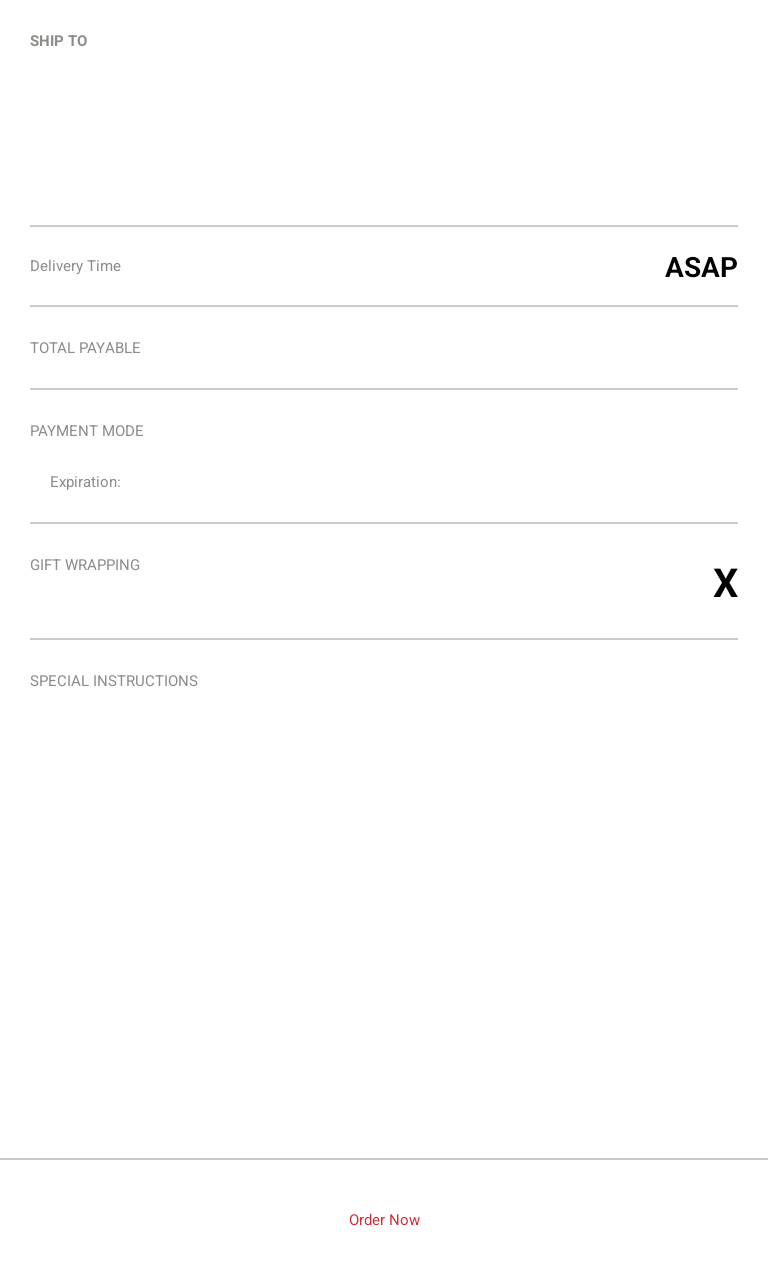
Repository: brijendratiwari/beerrightnow_Android-
Layout: BeerRightNow/res/layout/confirm_order.xml
The author's editor kept a copy of each file at every save. The layout is drawn from the files as they stood at one save, then again after the next save.
It is drawn on a 768 x 1280 px phone screen (xhdpi) without system bars, with theme Theme.Sherlock.Light; the app's code is not run.

Above is the layout before, as saved 2016-01-18 14:33:26.

After the next save:
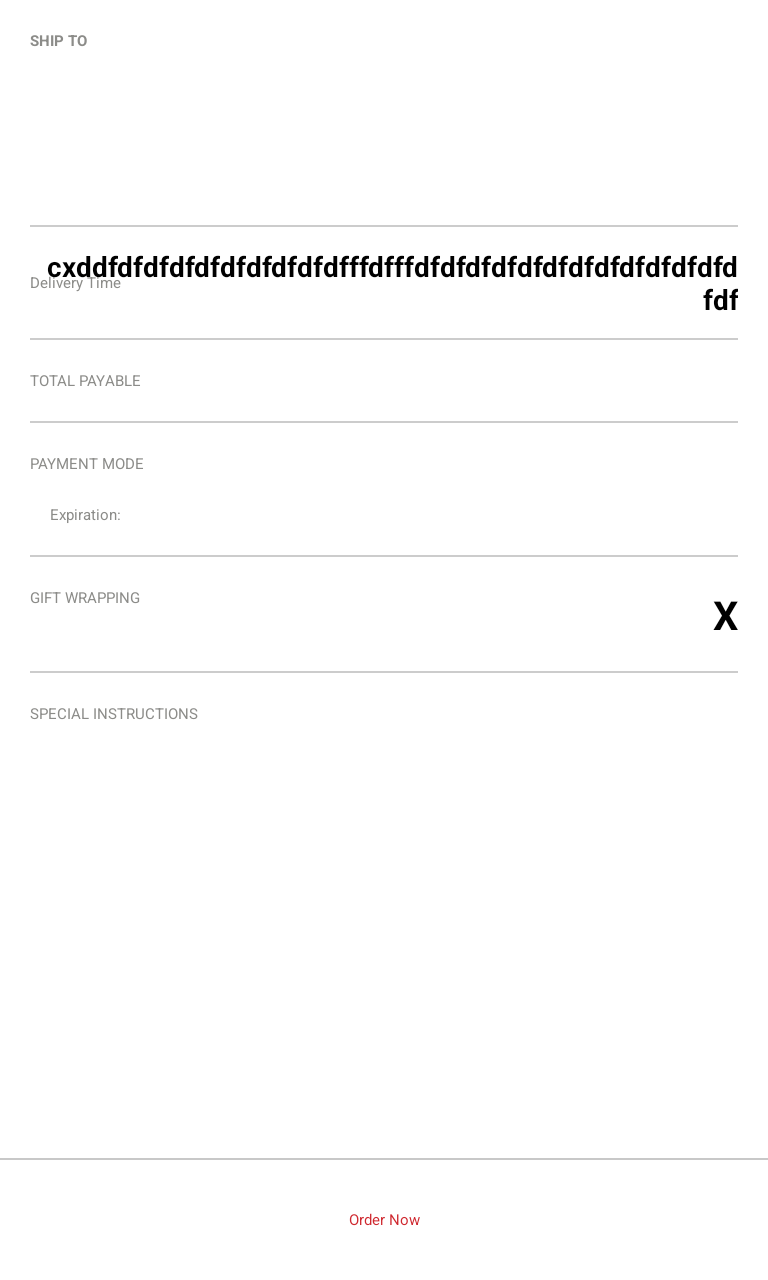
Saved 17 h 59 min later.
--- a/BeerRightNow/res/layout/confirm_order.xml
+++ b/BeerRightNow/res/layout/confirm_order.xml
@@ -99,7 +99,7 @@
                     android:layout_toRightOf="@+id/deliverytxt"
                    	android:maxLines="2"
                     android:paddingLeft="5dp"
-                    android:text="ASAP"
+                    android:text="cxddfdfdfdfdfdfdfdfdfdfffdfffdfdfdfdfdfdfdfdfdfdfdfdfdfdf"
                     android:gravity="right|center_vertical"
                    	android:textAppearance="?android:attr/textAppearanceMedium"
                     android:textStyle="bold"
